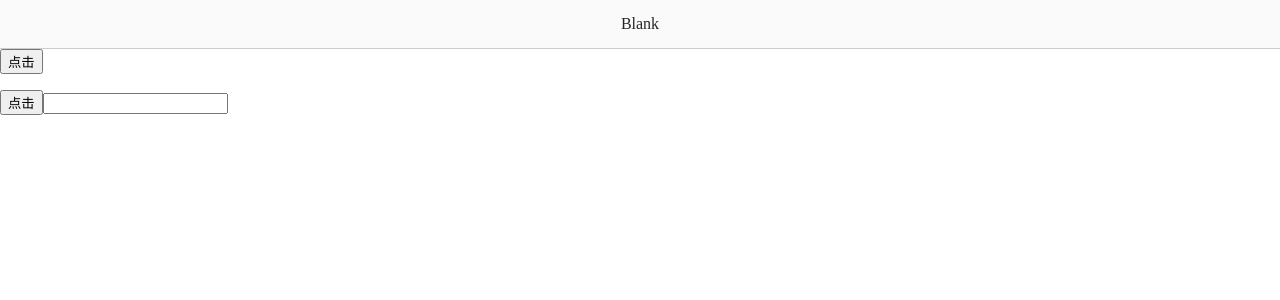
Repository: andycj7/-
Page: web/test2/index.html
An editor plug-in stored every save of this project. The page is shown before and after the next save, followed by the edit.
The browser window is 1280 px wide. The pictures show the whole page.
After loading, the first visible `#b_1` was clicked once.

Above is the page before, as saved 2020-07-15 01:33:58.

After the next save:
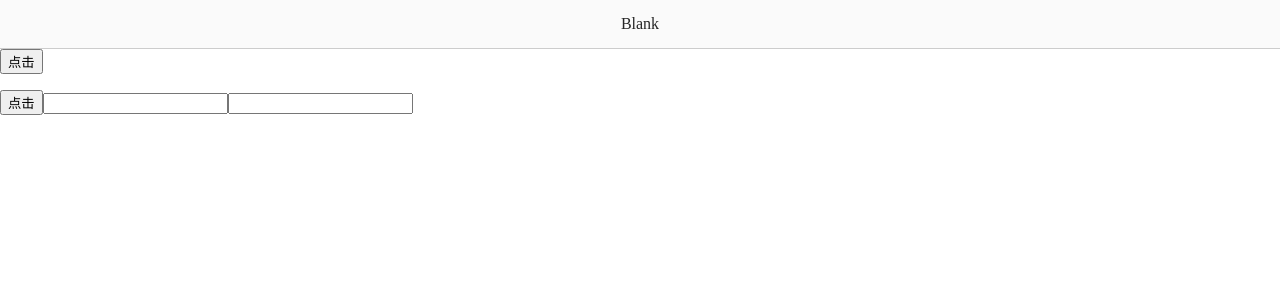
Saved 43 s later.
--- a/web/test2/index.html
+++ b/web/test2/index.html
@@ -25,7 +25,7 @@ function add(){
 	var bd_1 = document.getElementById("bd_1");
 	bd_1.appendChild(button_2);
 	bd_1.appendChild(input_1);
-	bd_1.appendChild(input_1);
+	bd_1.appendChild(input_2);
 }
 
 </script>
